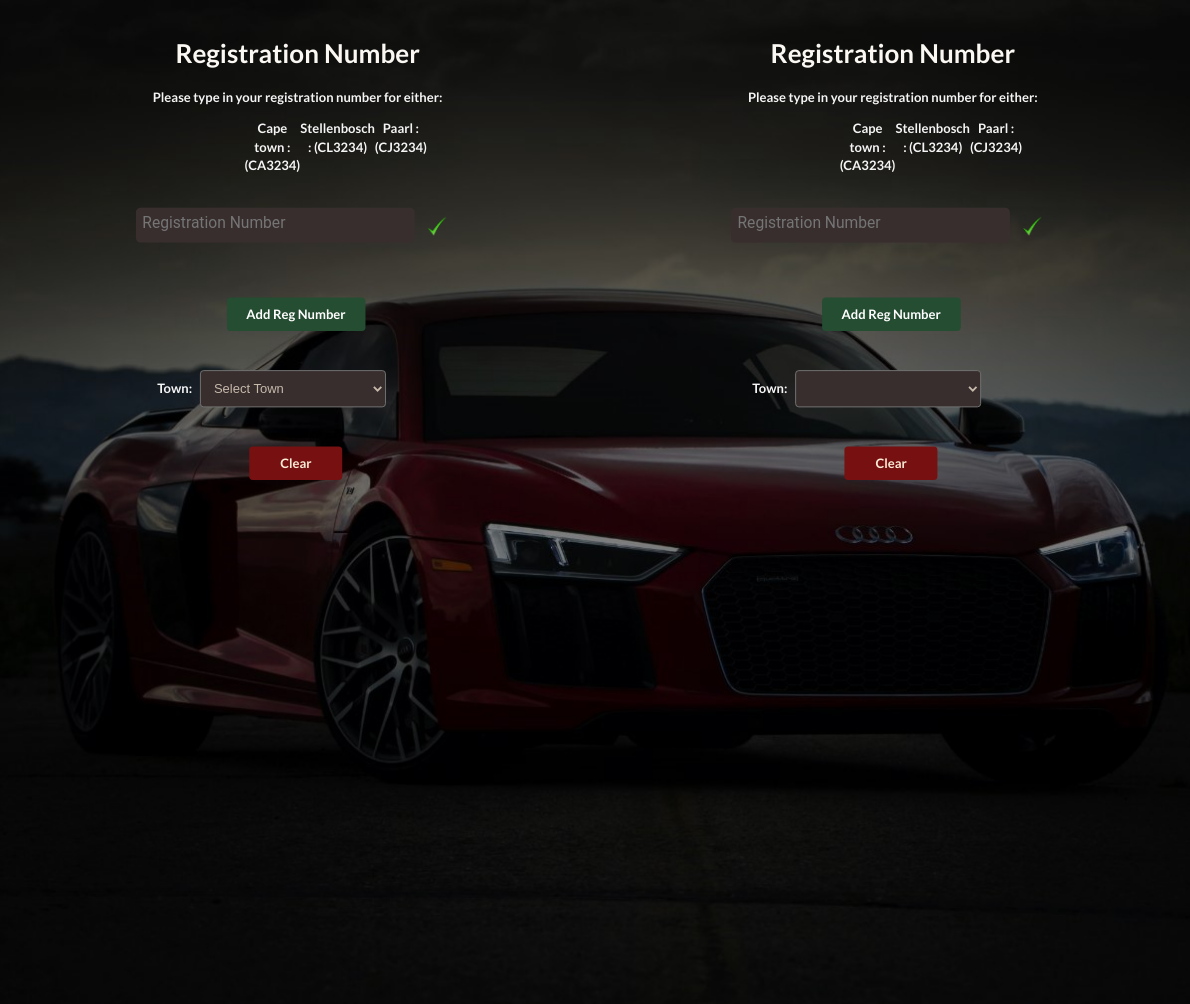
Repository: lasity34/Registration_number
Page: index.html
The author's editor kept a copy of each file at every save. The page is drawn from the files as they stood at one save, then again after the next save.
The browser window is 1280 px wide. The pictures show the whole page, at 93% of full size.
Some web libraries are served in a nearby version.

Above is the page before, as saved 2023-05-08 12:00:52.
Console error: SyntaxError: Identifier 'regInstance' has already been declared

After the next save:
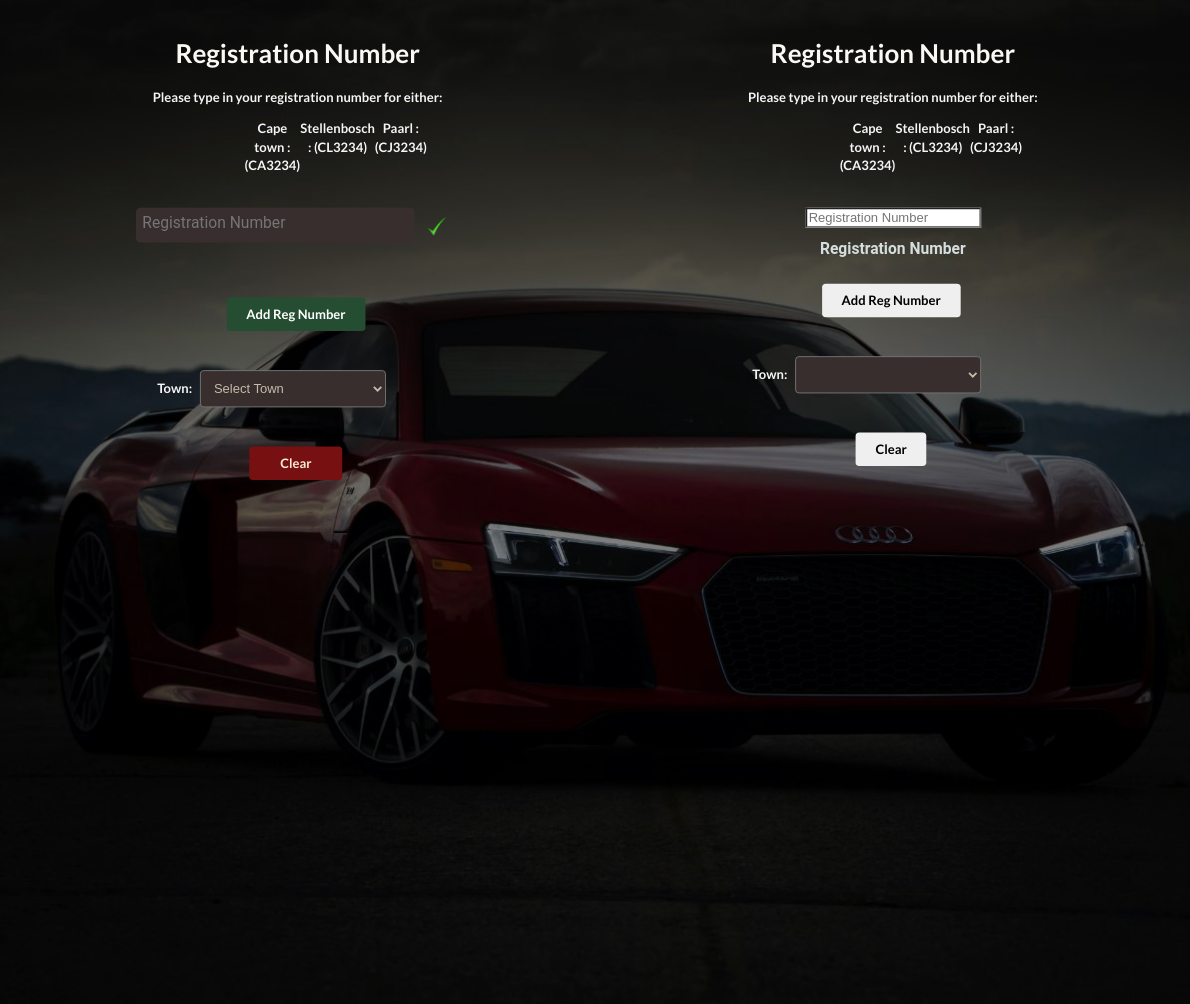
Saved 2 min 58 s later.
--- a/index.html
+++ b/index.html
@@ -103,7 +103,7 @@
       <div class="form__group">
         <input
           type="text"
-          class="form__input"
+          class="form__input_temp"
           id="reg_num"
           placeholder="Registration Number"
         />
@@ -111,12 +111,12 @@
       </div>
 
       <div class="validCheck">
-        <div class="valid"></div>
-        <p id="error"></p>
+        <div class="valid_temp"></div>
+        <p id="error_temp"></p>
       </div>
     </section>
     <section class="btn_container">
-      <button class="ui button add_btn">Add Reg Number</button>
+      <button class="ui button add_btn_temp">Add Reg Number</button>
     </section>
 
     <div class="message">
@@ -130,10 +130,10 @@
       <div class="space_select"></div>
     </section>
     <section class="btn_container clear">
-      <button class="ui button clear_btn">Clear</button>
+      <button class="ui button clear_btn_temp">Clear</button>
     </section>
     <section id="reg_display_container">
-      <ul class="reg_display"></ul>
+      <ul class="reg_display_temp"></ul>
       <div class="error_image"></div>
 
       <p class="filter_message"></p>
